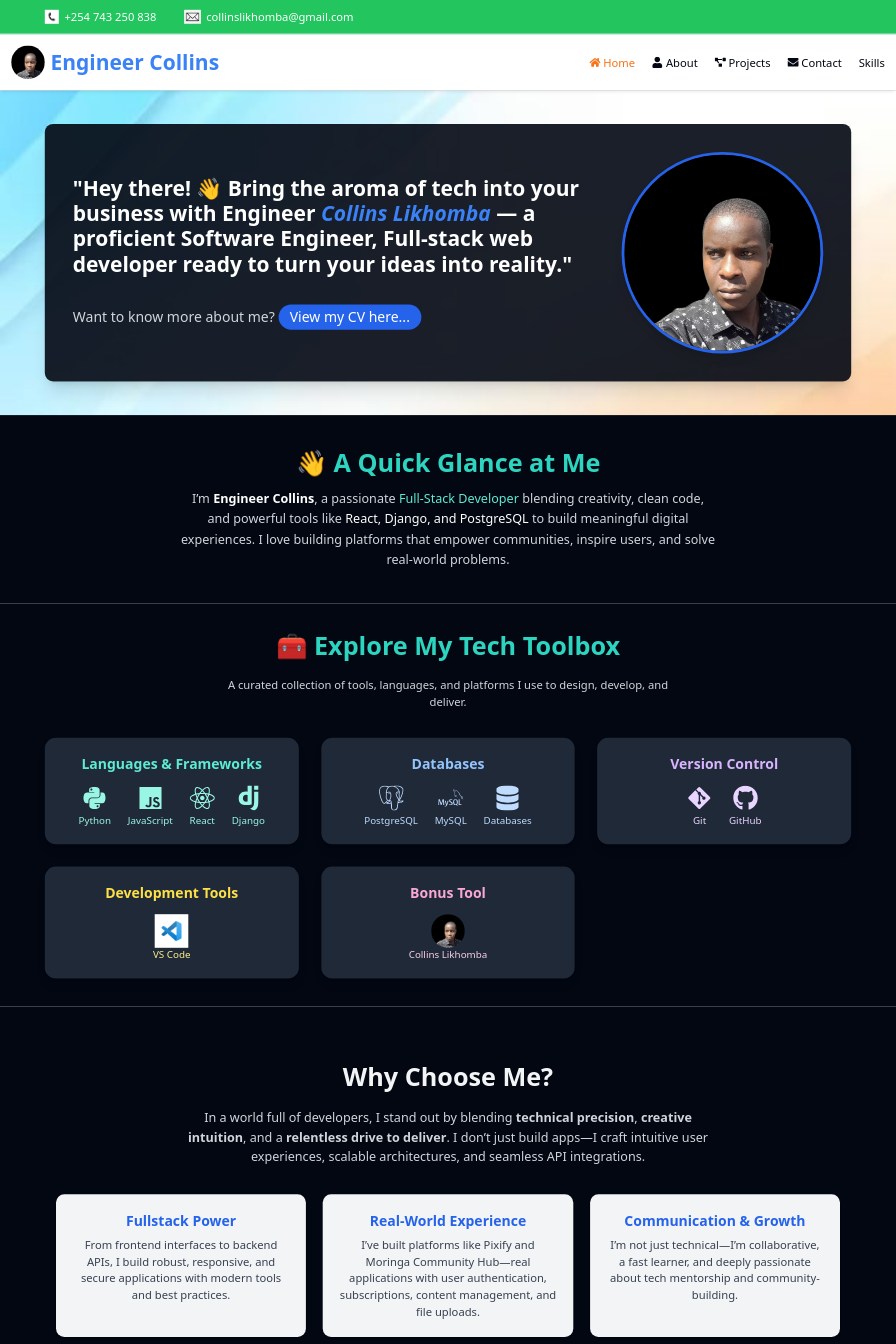
Repository: Engineer-collo/Portfolio
Page: /
These files come from the project's save history. The page is drawn as it stood at one moment and after a run of saves; the edit follows.
The browser window is 1280 px wide. The pictures show the part of the page from y = 0 to 1920 px (the page is 2586 px tall), at 70% of full size.
The project was rebuilt for these pictures with package versions that can differ from the ones it lists, and the page was loaded fresh each time. Also part of the build but not shown: vite.config.js, src/pages/About.jsx, src/pages/Projects.jsx, src/pages/Contact.jsx, src/pages/Blog.jsx, src/pages/Skills.jsx.

Above is the page before, as saved 2025-06-10 19:57:32.

### index.html
<!DOCTYPE html>
<html lang="en">
<head>
  <meta charset="UTF-8">
  <meta name="viewport" content="width=device-width, initial-scale=1.0">
  <title>Portfolio</title>
</head>
<body class="bg-gray-100">
  <div id="root"></div>
  <script type="module" src="/src/main.jsx"></script>
</body>
</html>

### src/main.jsx
import React from 'react'
import ReactDOM from 'react-dom/client'
import './index.css'
import App from './App'

ReactDOM.createRoot(document.getElementById('root')).render(
  <React.StrictMode>
    <App />
  </React.StrictMode>,
)

### src/App.jsx
import { BrowserRouter as Router, Route, Routes } from "react-router-dom";
import HomePage from "./pages/HomePage";
import About from "./pages/About";
import Project from "./pages/Projects";
import Contact from "./pages/Contact";
import Blog from "./pages/Blog";
import Skills from "./pages/Skills";

function App() {
  return (
    <Router>

      <Routes>
        <Route path="/" element={<HomePage />} />
        <Route path="/about" element={<About />} />
        <Route path="/projects" element={<Project />} />
        <Route path="/contact" element={<Contact />} />
        <Route path="/skills" element={<Skills />} />
        <Route path="/blog" element={<Blog />} />


      </Routes>
    </Router>
  );
}

export default App;

### src/pages/HomePage.jsx
import React from 'react';
import Navbar from '../components/Navbar';
import Footer from './Footer';
import TechStackToolbox from './TechStackToolbox';
import Testimonials from './Testimonials';
import AboutMeSummary from './AboutMeSummary';

const HomePage = () => {
  return (
    <div className="text-gray-800 font-sans min-h-screen flex flex-col">
      {/* Navbar */}
      <header className="bg-gray-900 text-white shadow">
        <Navbar />
      </header>

      {/* Hero Section */}
      <section
        className="pt-12 pb-12 flex-grow flex justify-center items-center px-4
                   bg-[url('/bg.png')] bg-cover bg-center bg-no-repeat"
      >
        <div className="flex flex-col md:flex-row items-center
                        text-center md:text-left gap-10
                        bg-gray-950 bg-opacity-90 p-6 md:p-10 rounded-xl shadow-xl
                        max-w-6xl w-full">
          {/* Text Side */}
          <div className="flex-1">
            <h1 className="text-white font-bold text-3xl">
              "Hey there! 👋 Bring the aroma of tech into your business with Engineer{" "}
              <span>
                <i className="text-blue-500">Collins Likhomba</i>
              </span>{" "}
              — a proficient Software Engineer, Full-stack web developer ready to turn your ideas into reality."
            </h1>
            <p className="text-xl pt-6 text-gray-300">
              Want to know more about me?&nbsp;
              <a
                href="https://my-cv-henna-beta.vercel.app/"
                className="mt-4 inline-block bg-blue-600 text-white px-4 py-1 rounded-full hover:bg-blue-700 transition"
                target="_blank"
                rel="noopener noreferrer"
              >
                View my CV here...
              </a>
            </p>
          </div>

          {/* Image Side */}
          <div className="flex-shrink-0 w-52 h-52 sm:w-72 sm:h-72 rounded-full border-4 border-blue-600 shadow-lg overflow-hidden">
            <img
              src="/picture.png"
              alt="Profile"
              className="w-full h-full object-cover"
            />
          </div>
        </div>
      </section>

      <AboutMeSummary />
      <TechStackToolbox />

      {/* Why Choose Me Section */}
      <section className="bg-gray-950 py-20 px-6 md:px-20 text-center">
        <h2 className="text-4xl font-bold text-gray-100 mb-6">Why Choose Me?</h2>
        <p className="max-w-3xl mx-auto text-gray-300 text-lg mb-10">
          In a world full of developers, I stand out by blending{" "}
          <strong>technical precision</strong>, <strong>creative intuition</strong>, and a{" "}
          <strong>relentless drive to deliver</strong>. I don’t just build apps—I craft{" "}
          intuitive user experiences, scalable architectures, and seamless API integrations.
        </p>
        <div className="grid md:grid-cols-3 gap-6 max-w-6xl mx-auto">
          <div className="bg-gray-100 p-6 rounded-xl shadow hover:shadow-lg transition">
            <h3 className="text-xl font-semibold mb-2 text-blue-600">Fullstack Power</h3>
            <p className="text-gray-700">
              From frontend interfaces to backend APIs, I build robust, responsive, and secure applications
              with modern tools and best practices.
            </p>
          </div>
          <div className="bg-gray-100 p-6 rounded-xl shadow hover:shadow-lg transition">
            <h3 className="text-xl font-semibold mb-2 text-blue-600">Real-World Experience</h3>
            <p className="text-gray-700">
              I’ve built platforms like Pixify and Moringa Community Hub—real applications with user authentication,
              subscriptions, content management, and file uploads.
            </p>
          </div>
          <div className="bg-gray-100 p-6 rounded-xl shadow hover:shadow-lg transition">
            <h3 className="text-xl font-semibold mb-2 text-blue-600">Communication & Growth</h3>
            <p className="text-gray-700">
              I’m not just technical—I’m collaborative, a fast learner, and deeply passionate about tech mentorship
              and community-building.
            </p>
          </div>
        </div>
      </section>

      <Testimonials />

      {/* Footer */}
      <footer className="bg-gray-900 text-white text-center py-6 mt-auto">
        <Footer />
      </footer>
    </div>
  );
};

export default HomePage;

### src/components/Navbar.jsx
import React, { useState, useEffect } from 'react';
import { Link } from 'react-router-dom';
import { FaBars, FaTimes, FaUser, FaProjectDiagram, FaEnvelope, FaHome } from 'react-icons/fa';

const Navbar = () => {
  const [isOpen, setIsOpen] = useState(false);
  const toggleMenu = () => setIsOpen(!isOpen);

  useEffect(() => {
    document.body.style.overflow = isOpen ? 'hidden' : 'auto';
  }, [isOpen]);

  return (
    <header className="bg-white shadow-md relative z-50">
      {/* Top Contact Info */}
      <div className="bg-green-500 text-sm md:text-base py-3 px-4 flex flex-wrap items-center gap-4 md:gap-10 border-b border-gray-200">
        <div className="flex items-center gap-2">
          <img
            className=" pl-12 h-5 transition-transform duration-300 transform hover:scale-110"
            src="/call.png"
            alt="Call Icon"
          />
          <a
            target="_blank"
            rel="noopener noreferrer"
            href="tel:+254743250838"
            className="text-white hover:underline"
          >
            +254 743 250 838
          </a>
        </div>
        <div className="flex items-center gap-2">
          <img
            className="h-5 transition-transform duration-300 transform hover:scale-110"
            src="/email.png"
            alt="Email Icon"
          />
          <a
            target="_blank"
            rel="noopener noreferrer"
            href="mailto:collinslikhomba@gmail.com"
            className="text-white hover:underline"
          >
            collinslikhomba@gmail.com
          </a>
        </div>
      </div>

      {/* Main Navigation */}
      <div className="max-w-7xl mx-auto px-4 py-4 flex justify-between items-center">
        {/* Logo and Name */}
        <div className="flex items-center space-x-2">
          <img
            className="h-12 w-12 rounded-full object-cover transition-transform duration-300 transform hover:scale-110"
            src="picture.png"
            alt="Profile"
            loading="lazy"
          />
          <h1 className="text-2xl md:text-3xl font-bold text-gray-950">
            <Link to="/" className="hover:text-blue-500 transition">
              <span className="text-blue-500">Engineer Collins</span>
            </Link>
          </h1>
        </div>

        {/* Desktop nav */}
        <nav className="space-x-6 hidden md:flex text-gray-950 font-medium">
          <Link to="/" className="flex items-center gap-1 hover:text-blue-500 transition text-orange-500"><FaHome /> Home</Link>
          <Link to="/about" className="flex items-center gap-1 hover:text-blue-500 transition"><FaUser /> About</Link>
          <Link to="/projects" className="flex items-center gap-1 hover:text-blue-500 transition"><FaProjectDiagram /> Projects</Link>
          <Link to="/contact" className="flex items-center gap-1 hover:text-blue-500 transition"><FaEnvelope /> Contact</Link>
          <Link to="/skills" className="flex items-center gap-1 hover:text-blue-500 transition">Skills</Link>
        </nav>

        {/* Mobile menu toggle */}
        <div className="md:hidden">
          <button onClick={toggleMenu} aria-label="Toggle menu" className="text-gray-950 focus:outline-none">
            {isOpen ? <FaTimes className="h-6 w-6" /> : <FaBars className="h-6 w-6" />}
          </button>
        </div>
      </div>

      {/* Mobile nav links */}
      {isOpen && (
        <div className="fixed top-0 left-0 h-screen w-3/4 bg-gray-950 z-50 shadow-lg px-6 py-8 md:hidden transition-all">
          <button onClick={toggleMenu} aria-label="Close menu" className="absolute top-4 right-4 text-white">
            <FaTimes className="h-6 w-6" />
          </button>
          <nav className="space-y-6 mt-10 text-white text-lg">
            <Link to="/" onClick={toggleMenu} className="flex items-center gap-2 hover:text-blue-500"><FaHome /> Home</Link>
            <Link to="/about" onClick={toggleMenu} className="flex items-center gap-2 hover:text-blue-500"><FaUser /> About</Link>
            <Link to="/projects" onClick={toggleMenu} className="flex items-center gap-2 hover:text-blue-500"><FaProjectDiagram /> Projects</Link>
            <Link to="/contact" onClick={toggleMenu} className="flex items-center gap-2 hover:text-blue-500"><FaEnvelope /> Contact</Link>
            <Link to="/skills" onClick={toggleMenu} className="flex items-center gap-2 hover:text-blue-500">Skills</Link>
          </nav>
        </div>
      )}
    </header>
  );
};

export default Navbar;

### src/pages/Footer.jsx
import React from 'react';
import { FaGithub, FaLinkedin, FaTwitter, FaEnvelope } from 'react-icons/fa';

const Footer = () => {
  return (
    <footer className="bg-gray-900 text-gray-300 py-10">
      <div className="max-w-6xl mx-auto px-6 flex flex-col md:flex-row justify-between items-center space-y-6 md:space-y-0">

        {/* Logo or Name */}
        <div className="text-white text-2xl font-bold tracking-wide">
          CollinsLikhomba
        </div>


        {/* Social Icons */}
        <div className="flex space-x-6 text-gray-400">
          <a
            href="https://github.com/Engineer-collo?tab=repositories"
            target="_blank"
            rel="noopener noreferrer"
            aria-label="GitHub"
            className="hover:text-white transition"
          >
            <FaGithub size={24} />
          </a>
          <a
            href="https://www.linkedin.com/in/collins-likhomba-7b364730a/"
            target="_blank"
            rel="noopener noreferrer"
            aria-label="LinkedIn"
            className="hover:text-blue-600 transition"
          >
            <FaLinkedin size={24} />
          </a>
          <a
            href="https://x.com/CollinsLikhomba"
            target="_blank"
            rel="noopener noreferrer"
            aria-label="Twitter"
            className="hover:text-blue-400 transition"
          >
            <FaTwitter size={24} />
          </a>
          <a
            href="mailto:collinslikhomba@gmail.com"
            aria-label="Email"
            className="hover:text-red-500 transition"
            target='_blank'
          >
            <FaEnvelope size={24} />
          </a>
        </div>
      </div>

      {/* Bottom copyright */}
      <div className="text-center text-gray-600 text-sm mt-8">
        &copy; {new Date().getFullYear()} Collins Likhomba. All rights reserved.
      </div>
    </footer>
  );
};

export default Footer;

### src/pages/TechStackToolbox.jsx
import {
    FaPython,
    FaJs,
    FaReact,
    FaGitAlt,
    FaGithub,
    FaDatabase,
  } from "react-icons/fa";
  import {
    SiDjango,
    SiPostgresql,
    SiMysql,

  } from "react-icons/si";

  export default function TechStackToolbox() {
    return (
      <div className="bg-gray-950 text-white py-10 px-6 md:px-16">
        <h2 className="text-3xl md:text-4xl font-bold mb-6 text-center text-teal-400">
          🧰 Explore My Tech Toolbox
        </h2>
        <p className="text-center mb-10 text-gray-300 max-w-2xl mx-auto">
          A curated collection of tools, languages, and platforms I use to design,
          develop, and deliver.
        </p>

        <div className="grid grid-cols-1 md:grid-cols-2 lg:grid-cols-3 gap-8 text-center">

          {/* Languages & Frameworks */}
          <div className="bg-gray-800 rounded-2xl p-6 shadow-lg hover:shadow-teal-500/30 transition">
            <h3 className="text-xl font-semibold mb-4 text-teal-300">
              Languages & Frameworks
            </h3>
            <div className="flex justify-center gap-6 text-teal-200">
              <div className="flex flex-col items-center text-sm">
                <FaPython className="text-4xl mb-1" />
                <span>Python</span>
              </div>
              <div className="flex flex-col items-center text-sm">
                <FaJs className="text-4xl mb-1" />
                <span>JavaScript</span>
              </div>
              <div className="flex flex-col items-center text-sm">
                <FaReact className="text-4xl mb-1" />
                <span>React</span>
              </div>
              <div className="flex flex-col items-center text-sm">
                <SiDjango className="text-4xl mb-1" />
                <span>Django</span>
              </div>
            </div>
          </div>

          {/* Databases */}
          <div className="bg-gray-800 rounded-2xl p-6 shadow-lg hover:shadow-blue-500/30 transition">
            <h3 className="text-xl font-semibold mb-4 text-blue-300">Databases</h3>
            <div className="flex justify-center gap-6 text-blue-200">
              <div className="flex flex-col items-center text-sm">
                <SiPostgresql className="text-4xl mb-1" />
                <span>PostgreSQL</span>
              </div>
              <div className="flex flex-col items-center text-sm">
                <SiMysql className="text-4xl mb-1" />
                <span>MySQL</span>
              </div>
              <div className="flex flex-col items-center text-sm">
                <FaDatabase className="text-4xl mb-1" />
                <span>Databases</span>
              </div>
            </div>
          </div>

          {/* Version Control */}
          <div className="bg-gray-800 rounded-2xl p-6 shadow-lg hover:shadow-purple-500/30 transition">
            <h3 className="text-xl font-semibold mb-4 text-purple-300">
              Version Control
            </h3>
            <div className="flex justify-center gap-6 text-purple-200">
              <div className="flex flex-col items-center text-sm">
                <FaGitAlt className="text-4xl mb-1" />
                <span>Git</span>
              </div>
              <div className="flex flex-col items-center text-sm">
                <FaGithub className="text-4xl mb-1" />
                <span>GitHub</span>
              </div>
            </div>
          </div>

          {/* Development Tools */}
          <div className="bg-gray-800 rounded-2xl p-6 shadow-lg hover:shadow-yellow-500/30 transition">
            <h3 className="text-xl font-semibold mb-4 text-yellow-300">
              Development Tools
            </h3>
            <div className="flex justify-center gap-6 text-yellow-200">
              <div className="flex flex-col items-center text-sm">
                <img className="h-12" src="/vscode.png" alt="Vscode icon" />
                <span>VS Code</span>
              </div>
            </div>
          </div>

          {/* Bonus Tool */}
          <div className="bg-gray-800 rounded-2xl p-6 shadow-lg hover:shadow-pink-500/30 transition">
            <h3 className="text-xl font-semibold mb-4 text-pink-300">Bonus Tool</h3>
            <div className="flex justify-center gap-6 text-pink-200">
              <div className="flex flex-col items-center text-sm">
                <img
                  className="h-12 w-12 rounded-full object-cover"
                  src="picture.png"
                  alt="Profile"
                />
                <span>Collins Likhomba</span>
              </div>
            </div>
          </div>

        </div>
      </div>
    );
  }

### src/pages/Testimonials.jsx
export default function Testimonials() {
    const testimonials = [
      {
        name: "Christine M.",
        content: "Working with Collins was a game-changer! His expertise in React and backend integration is unmatched.",
        profile_pic: "https://randomuser.me/api/portraits/women/68.jpg",
      },
      {
        name: "Lesile K.",
        content: "Collins is a team player and a tech visionary. He delivered our project ahead of schedule with superb quality.",
        profile_pic: "https://randomuser.me/api/portraits/men/45.jpg",
      },
      {
        name: "Joy A.",
        content: "He doesn't just write code—he solves real problems. A true full-stack craftsman!",
        profile_pic: "https://randomuser.me/api/portraits/women/22.jpg",
      },
    ];

    return (
      <div className="bg-gray-950 text-white py-14 px-6 md:px-20">
        <h2 className="text-3xl md:text-4xl font-bold mb-10 text-center text-teal-400">
          💬 What People Are Saying
        </h2>

        <div className="grid grid-cols-1 md:grid-cols-2 lg:grid-cols-3 gap-8">
          {testimonials.map((testimonial, index) => (
            <div
              key={index}
              className="bg-gray-800 p-6 rounded-2xl shadow-lg hover:shadow-teal-500/30 transition transform hover:-translate-y-1 duration-300"
            >
              <div className="flex items-center gap-4 mb-4">
                <img
                  src={testimonial.profile_pic}
                  alt={testimonial.name}
                  className="w-14 h-14 rounded-full border-2 border-teal-400 object-cover"
                />
                <div>
                  <h4 className="text-lg font-semibold text-teal-300">{testimonial.name}</h4>
                </div>
              </div>
              <p className="text-gray-300 italic">"{testimonial.content}"</p>
            </div>
          ))}
        </div>
      </div>
    );
  }

### src/pages/AboutMeSummary.jsx
import React from 'react';

export default function AboutMeSummary() {
  return (
    <section className="bg-gray-950 text-white py-12 px-6 md:px-20 text-center">
      <div className="max-w-3xl mx-auto">
        <h2 className="text-3xl md:text-4xl font-bold text-teal-400 mb-4">
          👋 A Quick Glance at Me
        </h2>
        <p className="text-gray-300 text-lg leading-relaxed">
          I’m <span className="text-white font-semibold">Engineer Collins</span>, a passionate
          <span className="text-teal-300 font-medium"> Full-Stack Developer</span> blending creativity,
          clean code, and powerful tools like
          <span className="text-white font-medium"> React, Django, and PostgreSQL</span> to build
          meaningful digital experiences. I love building platforms that empower communities, inspire users,
          and solve real-world problems.
        </p>
      </div>
    </section>
  );
}

Loaded but not shown: src/index.css (common file); tailwind.config.js (common file)

After the next 2 saves:
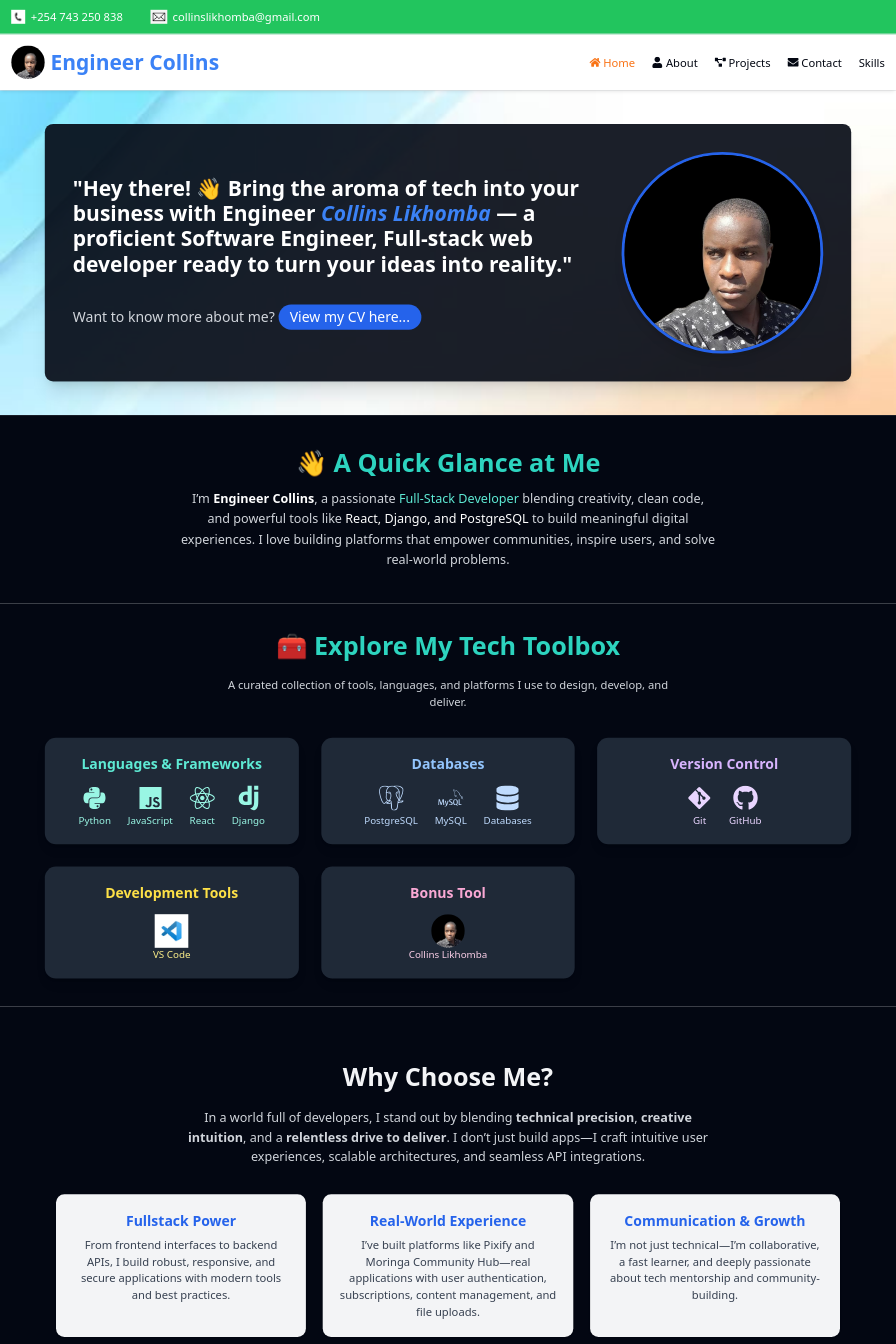
The 2 saves are shown as one change because they came seconds apart.
The last was saved 18 s later.
--- a/src/components/Navbar.jsx
+++ b/src/components/Navbar.jsx
@@ -16,7 +16,7 @@ const Navbar = () => {
       <div className="bg-green-500 text-sm md:text-base py-3 px-4 flex flex-wrap items-center gap-4 md:gap-10 border-b border-gray-200">
         <div className="flex items-center gap-2">
           <img
-            className=" pl-12 h-5 transition-transform duration-300 transform hover:scale-110"
+            className="h-5 transition-transform duration-300 transform hover:scale-110"
             src="/call.png"
             alt="Call Icon"
           />
